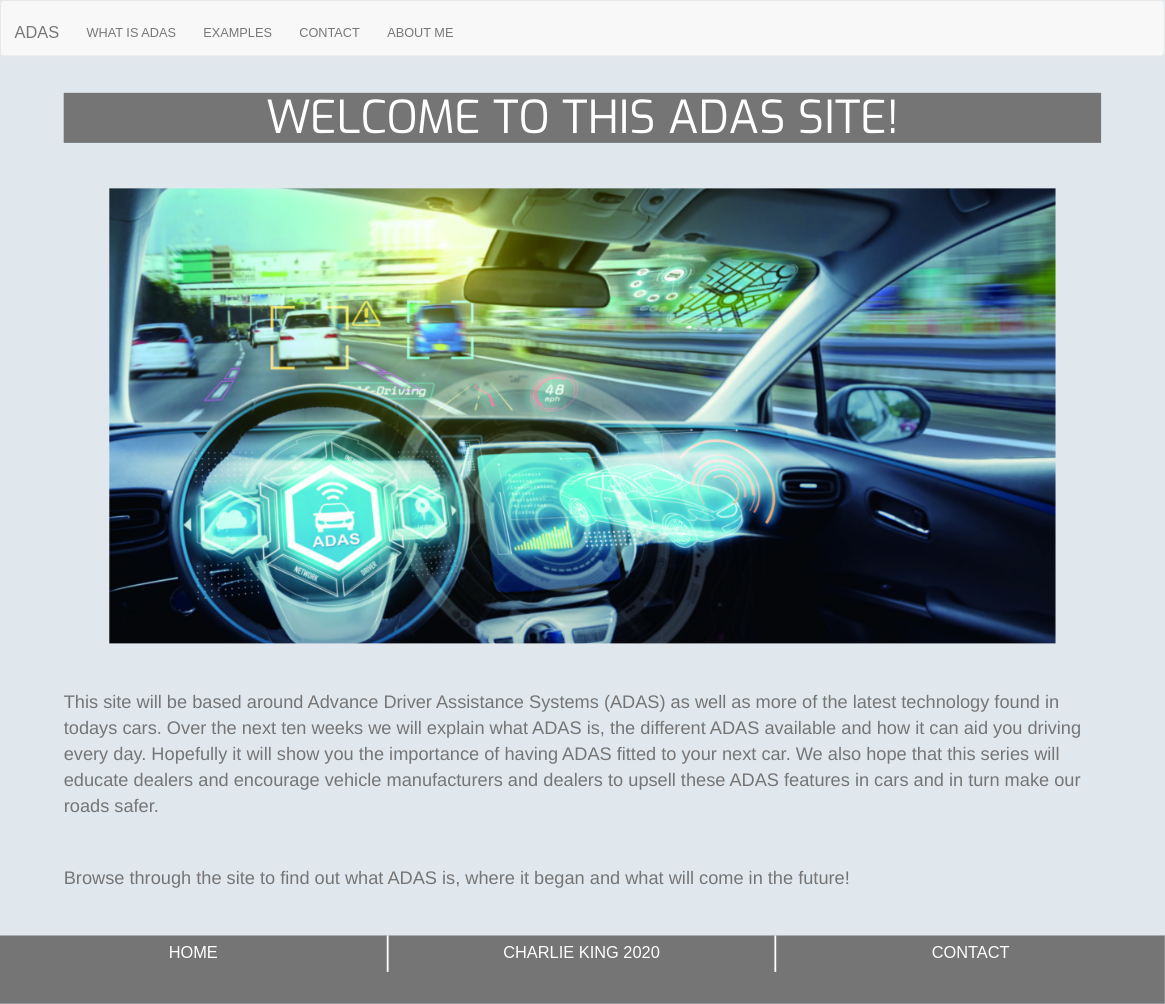
Repository: Cha-K28/First-Milestone-Project
Page: index.html
The author's editor kept a record of every edit. The page is drawn from the files as they stood at one moment, then again after the next edit.
The browser window is 1280 px wide. The pictures show the whole page, at 91% of full size.

Above is the page before.

### index.html
<!DOCTYPE html>
<html lang="en">

<head>
    <meta charset="utf-8">
    <meta name="viewport" content="width=device-width, initial-scale=1">
    <link rel="stylesheet" href="https://maxcdn.bootstrapcdn.com/bootstrap/3.4.1/css/bootstrap.min.css">
    <script src="https://ajax.googleapis.com/ajax/libs/jquery/3.4.1/jquery.min.js"></script>
    <script src="https://maxcdn.bootstrapcdn.com/bootstrap/3.4.1/js/bootstrap.min.js"></script>
    <link href="https://fonts.googleapis.com/css?family=Exo&display=swap" rel="stylesheet">

    <link rel="stylesheet" href="css/style.css" type="text/css" />
    <title>ADAS - What is it?</title>
</head>

<body>
    <!-- header  -->
    <header>
        <nav class="navbar navbar-default">
            <div class="container-fluid">
                <div class="navbar-header">

                    <a class="navbar-brand" href="index.html">ADAS</a>
                </div>
                <ul class="nav navbar-nav">
                    <li><a href="what_is_adas.html">What is ADAS</a></li>
                    <li><a href="examples.html">Examples</a></li>
                    <li><a href="contact.html">Contact</a></li>
                    <li><a href="about_me.html">About Me</a></li>
                </ul>
            </div>
        </nav>
    </header>
    <!-- End header  -->

    <!-- content -->
    <div class="container">

        <h1>Welcome to this ADAS site!</h1>

        <div class="background-image">

        </div>

        <p>
            This site will be based around Advance Driver Assistance Systems (ADAS) as well as more of the latest technology found in todays cars. Over the next ten weeks we will explain what ADAS is, the different ADAS available and how it can aid you driving every
            day. Hopefully it will show you the importance of having ADAS fitted to your next car. We also hope that this series will educate dealers and encourage vehicle manufacturers and dealers to upsell these ADAS features in cars and in turn make
            our roads safer.
        </p>
        <p>
            Browse through the site to find out what ADAS is, where it began and what will come in the future!
        </p>



    </div>

    <!-- End content -->

    <!-- footer -->
    <footer class="container-fluid">
        <div class="row">
            <div class="col-sm-4 footer_box">
                <h4><a href="index.html">Home</a></h4>
            </div>
            <div class="col-sm-4 footer_box">
                <h4>Charlie King 2020</h4>

            </div>

            <div class="col-sm-4">
                <h4><a href="contact.html">Contact</a></h4>


            </div>
        </div>



    </footer>

    <!-- End footer -->
</body>

</html>

### css/style.css
body {
  background-color: #e1e8ed;
}



.container {
  font-size: 20px;
  color: #757575;

}

.back-image {
  height: 100%;
  width: 100%;
  padding: 0px;
  border: solid 10px #53f2dd;
  border-radius: 50px;
  margin: 50px 10px 50px 10px;
}

.background-image {
  background-image: url(../images/background.png);
  background-size: cover;
  height: 500px; /* You must set a specified height */
  width: auto;
  background-position: center; /* Center the image */
  background-repeat: no-repeat; /* Do not repeat the image */
  margin: 50px;

}

p {
  margin-bottom: 50px;
}


img {

  margin-left: 75px;
  width: 300px;
  height: 200px;
  margin-top: 50px;
  border: solid;

}

input[type=email] {
  width: 100%;
  background-color: white;
  color: #757575;
  padding: 10px 20px;
  margin: 8px 0;
  border: solid #757575 1px;
  border-radius: 4px;
  cursor: pointer;

}

input[type=text] {
  width: 100%;
  background-color: white;
  color: #757575;
  padding: 10px 20px;
  margin: 8px 0;
  border: solid #757575 1px;
  border-radius: 4px;
  cursor: pointer;

}

input[type=submit] {
  width: 100px;
  height: 30px;
  border-radius: 25%;
  border: solid #757575 1px;
  margin-top: 10px;
  color: white;
  background-color: #757575;
  margin-bottom: 10px;

}

/* ----------------------------footer */

footer {
  background-color: #757575;
  height: 75px;
  position: relative;
  width: 100%;
  left: 0;
  bottom: 0;

}

h4,
a {
  margin-top: 10px;
  text-align: center;
  font-family: sans-serif;
  color: white;
  text-transform: uppercase;
}

.footer_box {
  border-right: solid 2px white;
}


h1 {
  text-align: center;
  text-transform: uppercase;
  font-size: 50px;
  font-family: 'Exo', sans-serif;
  background-color: #757575;
  color: white;

}

After the next edit:
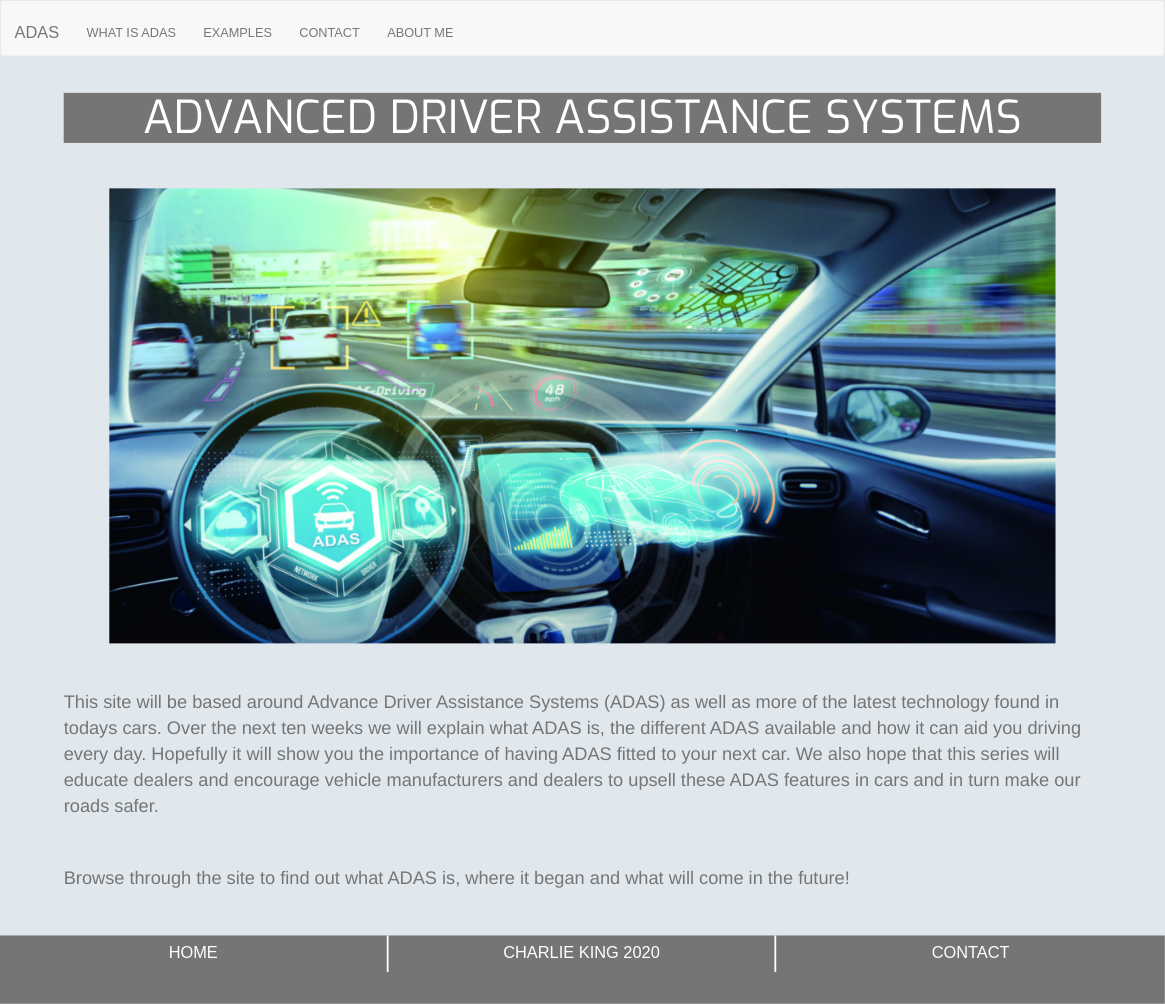
The edit:
--- a/index.html
+++ b/index.html
@@ -36,7 +36,7 @@
     <!-- content -->
     <div class="container">
 
-        <h1>Welcome to this ADAS site!</h1>
+        <h1>ADVANCED DRIVER ASSISTANCE SYSTEMS</h1>
 
         <div class="background-image">
 
